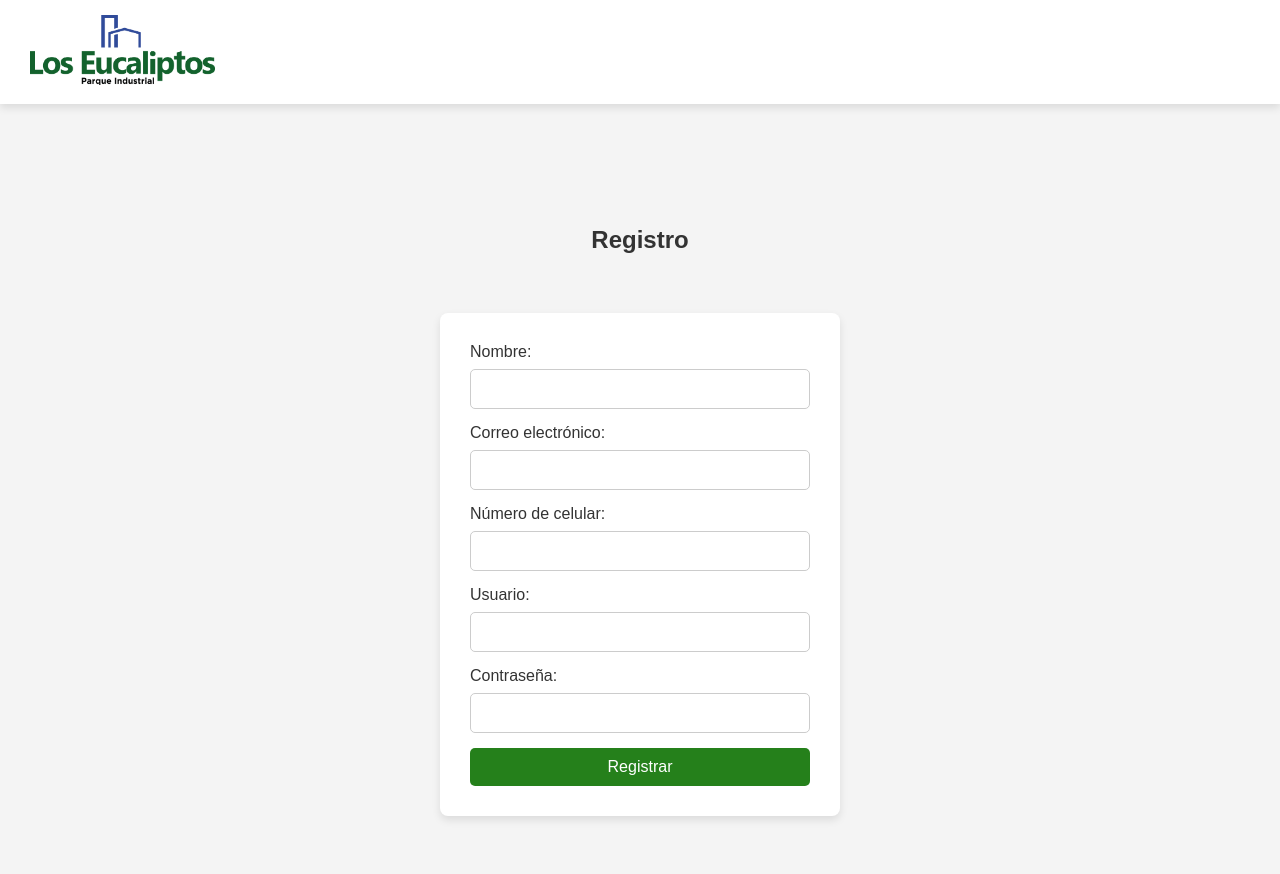
Repository: Los-Eucaliptos-WebApp/Los-Eucaliptos-FrontEnd
Page: pages/los-eucaliptos-register/index.html
The author's editor kept a copy of each file at every save. The page is drawn from the files as they stood at one save, then again after the next save.
The browser window is 1280 px wide. The pictures show the whole page.

Above is the page before, as saved 2025-02-17 06:05:10.

After the next save:
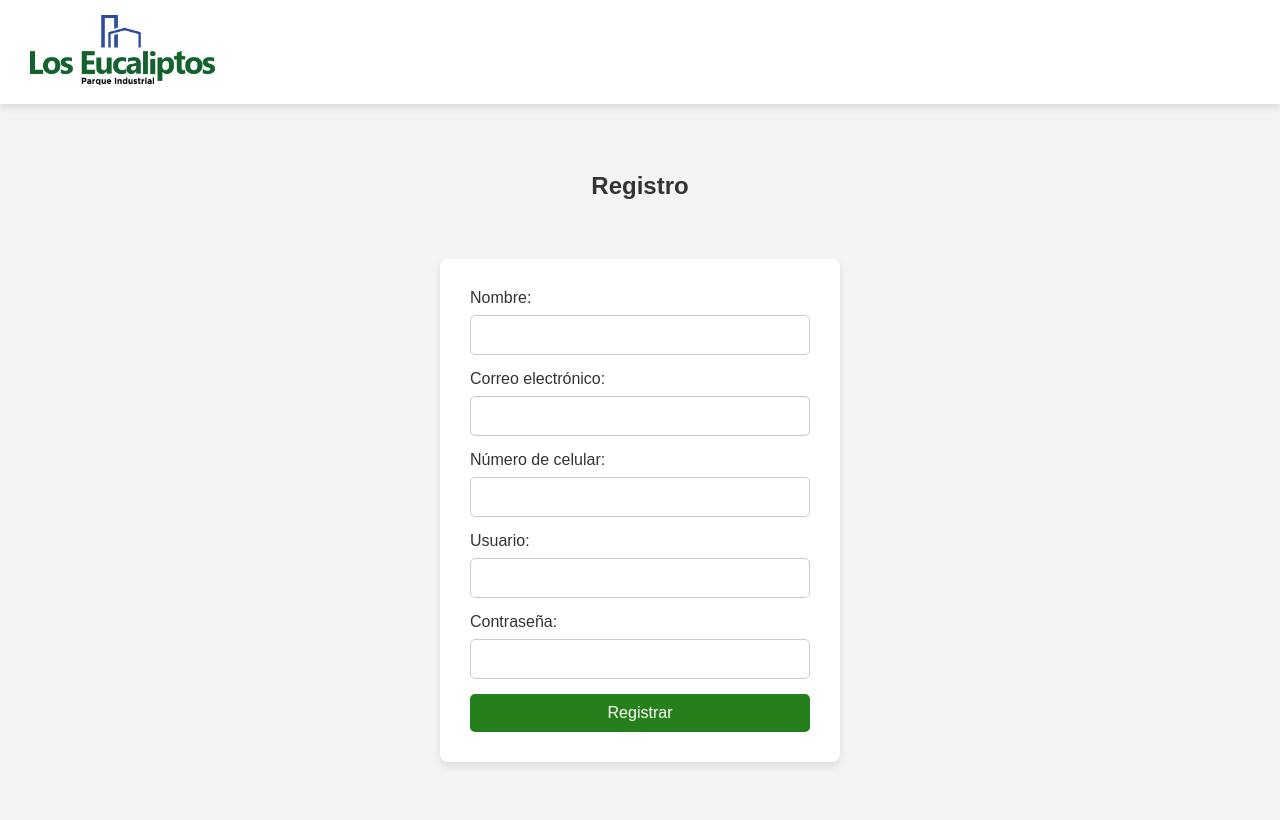
Saved 9 s later.
--- a/pages/los-eucaliptos-register/index.html
+++ b/pages/los-eucaliptos-register/index.html
@@ -15,7 +15,7 @@
             <img src="/assets/logo-los-eucaliptos.png" alt="Los Eucaliptos Logo">
         </div>
     </header>
-    <br><br><br><br><br><br><br>
+    <br><br><br><br>
     <center><h2>Registro</h2></center>
   <div class="container-register">
     <div class="register-box">
